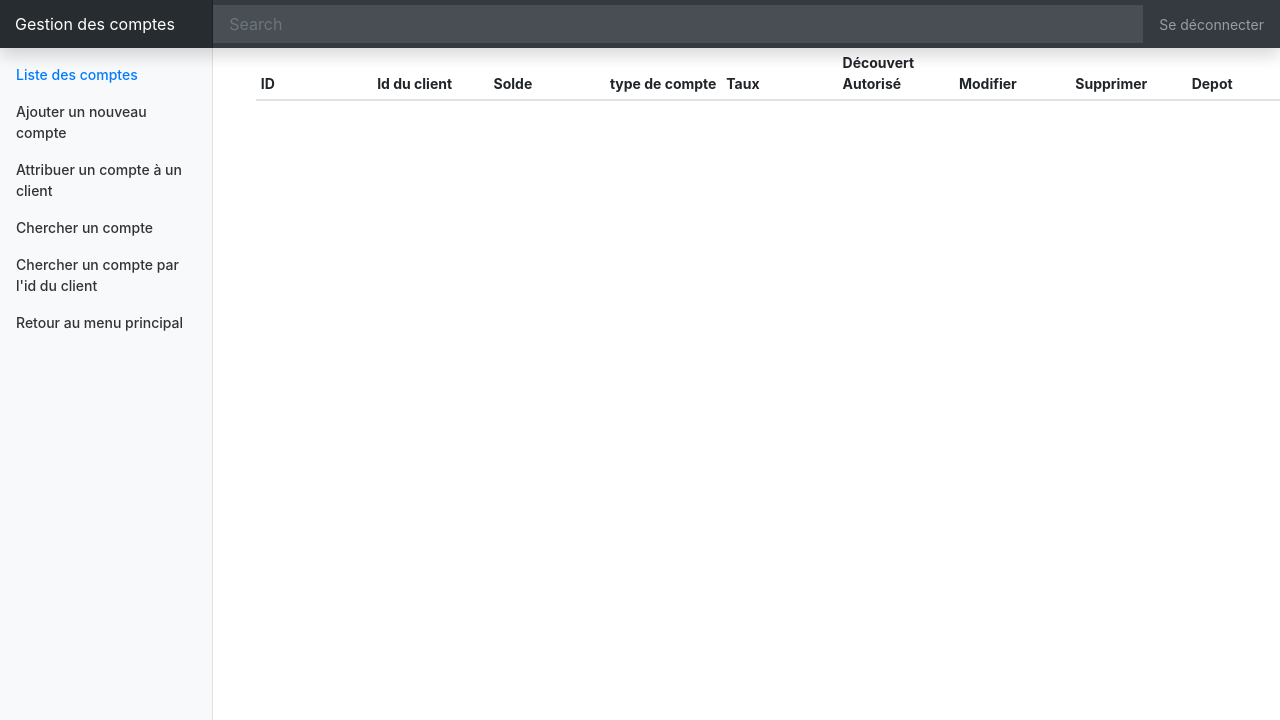
Repository: liiiseee/Projet
Page: http://localhost/02_projet_gestion_clients_compte/menu-comptes.jsp
An editor plug-in stored every save of this project. The page is shown before and after the next save, followed by the edit.
The browser window is 1280 px wide. The pictures show the whole page.
The page is served by Tomcat 9. Other server files are loaded and not shown. The template is opened directly, without the code that normally fills it, so the values that code supplies are empty.

Above is the page before, as saved 2020-04-02 13:56:09.

### 02_projet_gestion_clients_compte/WebContent/menu-comptes.jsp
<%@ page language="java" contentType="text/html; charset=ISO-8859-1"
    pageEncoding="ISO-8859-1"%>

<%@ taglib uri="http://java.sun.com/jsp/jstl/core" prefix="c"%>
<!DOCTYPE html>
<html>
<head>
<meta charset="ISO-8859-1">
<title>liste comptes</title>
<link href="assets/styles/bootstrap.min.css" rel="stylesheet" >

 <style>
      .bd-placeholder-img {
        font-size: 1.125rem;
        text-anchor: middle;
        -webkit-user-select: none;
        -moz-user-select: none;
        -ms-user-select: none;
        user-select: none;
      }

      @media (min-width: 768px) {
        .bd-placeholder-img-lg {
          font-size: 3.5rem;
        }
      }
    </style>
    <!-- Custom styles for this template -->
    <link href="assets/styles/dashboard.css" rel="stylesheet">
</head>
<body>

    <nav class="navbar navbar-dark fixed-top bg-dark flex-md-nowrap p-0 shadow">
  <a class="navbar-brand col-sm-3 col-md-2 mr-0" href="#">Gestion des comptes</a>
  <input class="form-control form-control-dark w-100" type="text" placeholder="Search" aria-label="Search">
  <ul class="navbar-nav px-3">
    <li class="nav-item text-nowrap">
      <a class="nav-link" href="authentification-servlet?destroy=true">Se déconnecter</a>
    </li>
  </ul>
</nav>

<div class="container-fluid" >
  <div class="row">
    <nav class="col-md-2 d-none d-md-block bg-light sidebar" >
      <div class="sidebar-sticky">
        <ul class="nav flex-column">
          <li class="nav-item">
            <a class="nav-link active" href="#">
              <span data-feather="home"></span>
              Liste des comptes <span class="sr-only">(current)</span>
            </a>
          </li>
          <li class="nav-item">
            <a class="nav-link" href="ajout-compte.jsp">
              <span data-feather="file"></span>
              Ajouter un nouveau compte
            </a>
          </li>
          <li class="nav-item">
            <a class="nav-link" href="attribuer-compte.jsp">
              <span data-feather="file"></span>
              Attribuer un compte à un client
            </a>
          </li>
         <li class="nav-item">
            <a class="nav-link" href="recherche-compte.jsp">
              <span data-feather="shopping-cart"></span>
              Chercher un compte
            </a>
          </li>

          <li class="nav-item">
            <a class="nav-link" href="chercherParId-compte.jsp">
              <span data-feather="users"></span>
             Chercher un compte par l'id du client
            </a>
          </li>
          <li class="nav-item">
            <a class="nav-link" href="menu.jsp">
              <span data-feather="bar-chart-2"></span>
              Retour au menu principal
            </a>
          </li>
          </ul>



      </div>
    </nav>
    </div>
    </div>





   <h2>Liste des comptes</h2>

     <div class="table-responsive">
       <table  class="table table-striped table-sm" style="margin-left: 20%">




          <thead >
            <tr>
              	<th class="col-md-1">ID</th>
              	<th class="col-md-1">Id du client</th>
	 			<th class="col-md-1" >Solde</th>
	 			<th class="col-md-1" >type de compte</th>
	 			<th class="col-md-1" >Taux</th>
	 			<th class="col-md-1" >Découvert Autorisé</th>
	 			<th class="col-md-1" >Modifier</th>
	 			<th class="col-md-1">Supprimer</th>
	 			<th class="col-md-1">Depot</th>
	 			<th class="col-md-1">Retrait</th>
	 			<th class="col-md-1">Virement</th>

            </tr>
          </thead>
          <tbody>
            <c:forEach items="${liste_comptes}" var="compte">
	 			<tr>

	 				<td>${compte.idCompte }</td>
	 				<td> ${compte.clientID } </td>
	 				<td> ${compte.solde } </td>
	 				<td> ${compte.typeCompte } </td>
	 				<td> ${compte.taux } </td>
	 				<td> ${compte.decouvert } </td>
	 				<td>
	 					<a href="gestion-compte-servlet?action=modif&id-compte=${compte.idCompte}">modifier</a>
	 				</td>


	 				<td>
	 					<a href="gestion-compte-servlet?action=supp&id-compte=${compte.idCompte}">supprimer</a>
	 				</td>

	 				<td>
	 					<a href="gestion-compte-servlet?action=depot&id-compte=${compte.idCompte}">depot</a>
	 				</td>

	 				<td>
	 					<a href="gestion-compte-servlet?action=retrait&id-compte=${compte.idCompte}">retrait</a>
	 				</td>
	 				<td>
	 					<a href="gestion-compte-servlet?action=virement&id-compte=${compte.idCompte}">virement</a>
	 				</td>




	 				</tr>

            </c:forEach>


          </tbody>

        </table>

            </div>




</body>
</html>

### 02_projet_gestion_clients_compte/WebContent/assets/styles/dashboard.css
@charset "ISO-8859-1";

body {
  font-size: .875rem;
}

.feather {
  width: 16px;
  height: 16px;
  vertical-align: text-bottom;
}

/*
 * Sidebar
 */

.sidebar {
  position: fixed;
  top: 0;
  bottom: 0;
  left: 0;
  z-index: 100; /* Behind the navbar */
  padding: 48px 0 0; /* Height of navbar */
  box-shadow: inset -1px 0 0 rgba(0, 0, 0, .1);
}

.sidebar-sticky {
  position: relative;
  top: 0;
  height: calc(100vh - 48px);
  padding-top: .5rem;
  overflow-x: hidden;
  overflow-y: auto; /* Scrollable contents if viewport is shorter than content. */
}

@supports ((position: -webkit-sticky) or (position: sticky)) {
  .sidebar-sticky {
    position: -webkit-sticky;
    position: sticky;
  }
}

.sidebar .nav-link {
  font-weight: 500;
  color: #333;
}

.sidebar .nav-link .feather {
  margin-right: 4px;
  color: #999;
}

.sidebar .nav-link.active {
  color: #007bff;
}

.sidebar .nav-link:hover .feather,
.sidebar .nav-link.active .feather {
  color: inherit;
}

.sidebar-heading {
  font-size: .75rem;
  text-transform: uppercase;
}

/*
 * Content
 */

[role="main"] {
  padding-top: 133px; /* Space for fixed navbar */
}

@media (min-width: 768px) {
  [role="main"] {
    padding-top: 48px; /* Space for fixed navbar */
  }
}

/*
 * Navbar
 */

.navbar-brand {
  padding-top: .75rem;
  padding-bottom: .75rem;
  font-size: 1rem;
  background-color: rgba(0, 0, 0, .25);
  box-shadow: inset -1px 0 0 rgba(0, 0, 0, .25);
}

.navbar .form-control {
  padding: .75rem 1rem;
  border-width: 0;
  border-radius: 0;
}

.form-control-dark {
  color: #fff;
  background-color: rgba(255, 255, 255, .1);
  border-color: rgba(255, 255, 255, .1);
}

.form-control-dark:focus {
  border-color: transparent;
  box-shadow: 0 0 0 3px rgba(255, 255, 255, .25);
}

Loaded but not shown: 02_projet_gestion_clients_compte/WebContent/assets/styles/bootstrap.min.css (library)

After the next save:
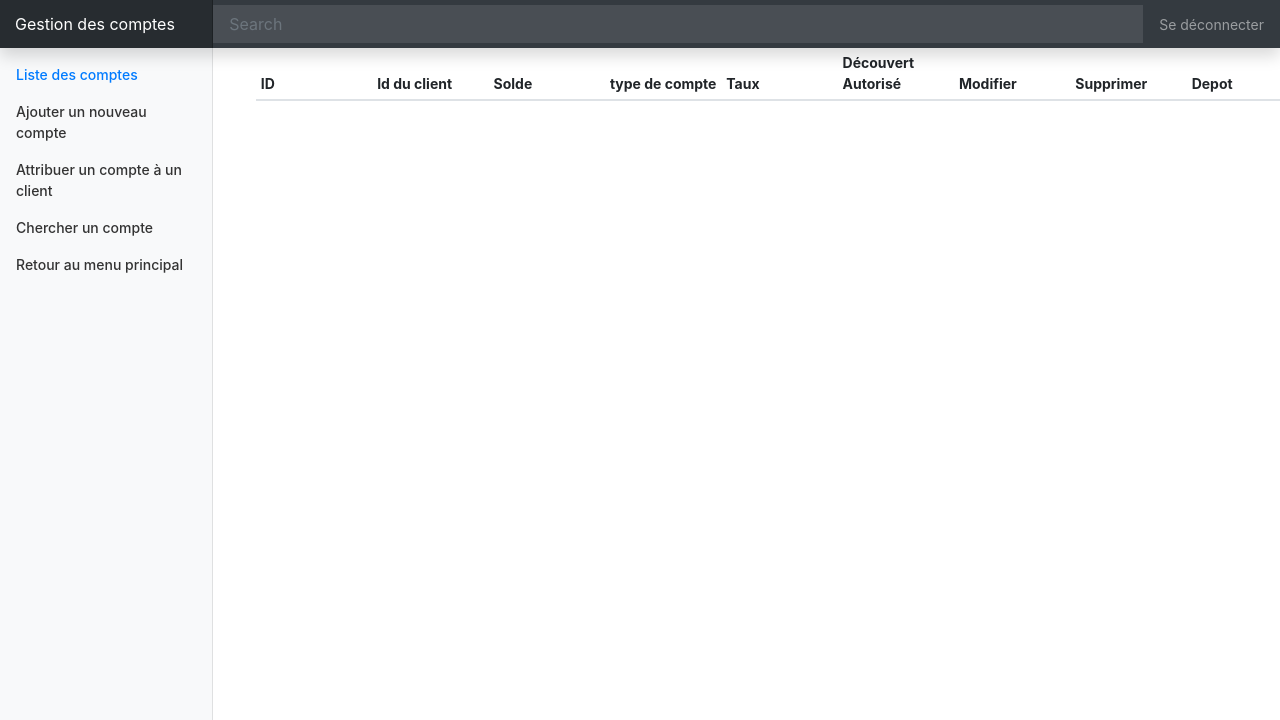
Saved 4 min 40 s later.
--- a/02_projet_gestion_clients_compte/WebContent/menu-comptes.jsp
+++ b/02_projet_gestion_clients_compte/WebContent/menu-comptes.jsp
@@ -70,12 +70,6 @@
             </a>
           </li>
 
-          <li class="nav-item">
-            <a class="nav-link" href="chercherParId-compte.jsp">
-              <span data-feather="users"></span>
-             Chercher un compte par l'id du client
-            </a>
-          </li>
           <li class="nav-item">
             <a class="nav-link" href="menu.jsp">
               <span data-feather="bar-chart-2"></span>
